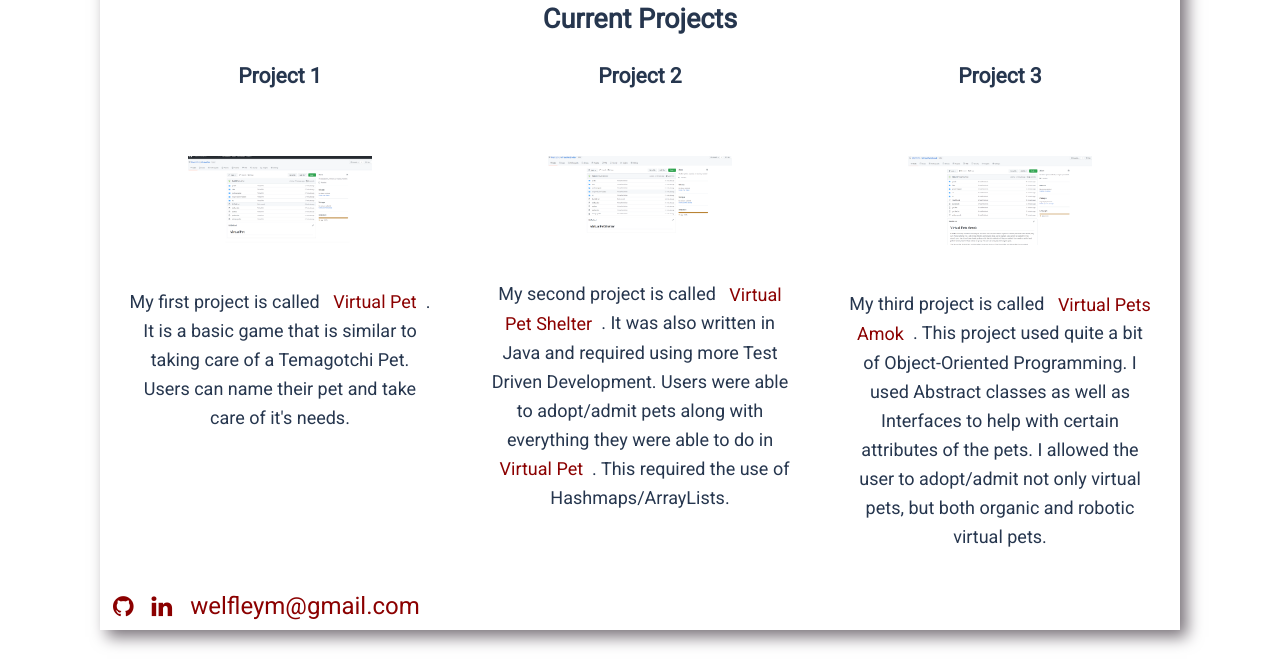
Repository: Matt1218/Matt1218.github.io
Page: index.html
These files come from the project's save history. The page is drawn as it stood at one moment and after a run of saves; the edit follows.
The browser window is 1280 px wide. The pictures show the part of the page from y = 565 to 1231 px (the page is 1231 px tall before and 1217 px after).
A picture or video elsewhere on the page could not be fetched, so the positions and the page height are approximate.

Above is the page before, as saved 2022-03-21 14:15:56.

### index.html
<!DOCTYPE html>
<html lang="en">

<head>
    <meta charset="UTF-8">
    <meta http-equiv="X-UA-Compatible" content="IE=edge">
    <meta name="viewport" content="width=device-width, initial-scale=1.0">
    <link rel="stylesheet" href="https://cdnjs.cloudflare.com/ajax/libs/font-awesome/4.7.0/css/font-awesome.min.css">
    <link rel="stylesheet" href="style.css">
    <title>Matt's Portfolio</title>
</head>

<body>
    <div class="container">
        <header class="page-header">
            <h1 id="header-logo">Matt Welfley</h1>
            <ul class="header-nav">
                <li>
                    <nav class="header-nav-item"><a href="#profile">About Me</a></nav>
                </li>
                <li>
                    <nav class="header-nav-item"><a href="#projects">Projects</a></nav>
                </li>
            </ul>
        </header>
        <section id="profile">

            <figure id="profile-image">
                <img src="./assets/Headshot (2).jpg" alt="A profile picture of me">
            </figure>
            <article class="bio">
                <h2>About Me:</h2>
                <p>I graduated from Kent State University with a Bachelor's of Arts Degree in Organizational
                    Communication. I enjoy backpacking, climbing, disc golf, and writing clean, functional code. I am
                    currently
                    based in Kent, Ohio. </p>
                <section class="skills">
                    <h2>Technical Skills:</h2>
                    <ul>
                        <li>Java</li>
                        <li>HTML</li>
                        <li>CSS</li>
                        <li>JavaScript</li>
                        <li>MVC</li>
                        <li>Spring</li>
                        <li>Thymeleaf</li>
                        <li>Object Oriented Programming</li>
                    </ul>
                </section>

            </article>

        </section>

        <h2 id="projects-title">Current Projects</h2>
        <section id="projects">
            <article class="projects-column">
                <h3 class="projects-column-title">Project 1</h3>
                <figure class="projects-column-figure">
                    <img src="./assets/VIrtualPetScreenshot.png" alt="VirtualPetScreenshot" class="projects-image-1">
                    <p>My first project is called <a href="https://github.com/Matt1218/VirtualPet">Virtual Pet</a>. It
                        is a
                        basic game that is similar to taking care of a Temagotchi Pet. Users can name their pet and take
                        care of it's needs.</p>
                </figure>
            </article>

            <article class="projects-column">
                <h3 class="projects-column-title">Project 2</h3>
                <figure class="projects-column-figure">
                    <img src="./assets/VirtualPetShelterScreenshot.png" alt="VirtualPetShelterScreenshot"
                        class="projects-image-2">
                    <p>My second project is called <a href="https://github.com/Matt1218/VirtualPetShelter">Virtual Pet
                            Shelter</a>. It was also written in Java and required using more Test Driven Development.
                        Users
                        were able to adopt/admit pets along with everything they were able to do in <a
                            href="https://github.com/Matt1218/VirtualPet">Virtual Pet</a>. This required the use of
                        Hashmaps/ArrayLists.</p>
                </figure>
            </article>
            <article class="projects-column">
                <h3 class="projects-column-title">Project 3</h3>
                <figure class="projects-column-figure">
                    <img src="./assets/VirtualPetsAmokScreenshot.png" alt="VirtualPetsAmokScreenshot"
                        class="projects-image-3">
                    <p>My third project is called <a href="https://github.com/Matt1218/VirtualPetsAmok">Virtual Pets
                            Amok</a>. This project used quite a bit of Object-Oriented Programming. I used Abstract
                        classes
                        as well as Interfaces to help with certain attributes of the pets. I allowed the user to
                        adopt/admit
                        not only virtual pets, but both organic and robotic virtual pets.</p>
                </figure>
            </article>
        </section>

        <footer id="footer">
            <a id="github" href="https://github.com/Matt1218" class="fa fa-github"></a>
            <a id="linkedin" href="https://www.linkedin.com/in/matt-welfley" class="fa fa-linkedin"></a>
            <a id="email" href="mailto: welfleym@gmail.com">welfleym@gmail.com</a>
        </footer>
    </div>
</body>

</html>

### style.css
@import url('https://fonts.googleapis.com/css2?family=Roboto');

* {
    box-sizing: border-box;
    margin: 0;
    padding: 0;
}

html {
    color: rgb(38, 54, 78);
    font: 18px/1.618 sans-serif;
    font-family: 'Roboto', sans-serif;
}

a {
    color: darkred;
    padding: .25rem .5rem;
    text-decoration: none;
}

.container {
    background-color: white;
    margin: 2rem auto;
    max-width: 60rem;
    width: 90%;
    -webkit-box-shadow: 7px 7px 15px 0px rgba(122, 115, 122, 1);
    -moz-box-shadow: 7px 7px 15px 0px rgba(122, 115, 122, 1);
    box-shadow: 7px 7px 15px 0px rgba(122, 115, 122, 1);
}

.page-header {
    display: flex;
    align-items: center;
    justify-content: space-between;
}

#header-logo {
    margin-left: 1.5rem;
    font-style: bold;
}

.header-nav {
    display: flex;
    list-style-type: none;
}

.header-nav-item {
    list-style-type: none;
    margin: 1rem;
}

.header-nav-item:hover {
    background-color: grey;
    border: .5px solid rgb(38, 54, 78);
    border-radius: .5rem;
    transition: .5s;
}

#profile {
    display: flex;
    justify-content: space-between;
}

#profile img {
    width: 70%;
    margin: 1rem;
    height: auto;
    border-radius: 5px;

}

#projects img {
    width: 60%;
    margin: 2rem;
}

.bio {
    display: flex;
    flex-direction: column;
    margin: .5rem 3rem;
}

.skills {
    margin-top: 1rem;
}


#projects-title{
    text-align: center;
    margin: 1rem;
}

#projects{
    display: grid;
    grid-template-columns: 1fr 1fr 1fr;
}

.projects-column-title{
    text-align: center;
}

.projects-column-figure{
    text-align: center;
    margin: 1.5rem;
}

#footer{
    display: flex;
    align-items:center
}

#footer  {
    font-size: x-large;
    margin: 4px;
}

After the next 5 saves:
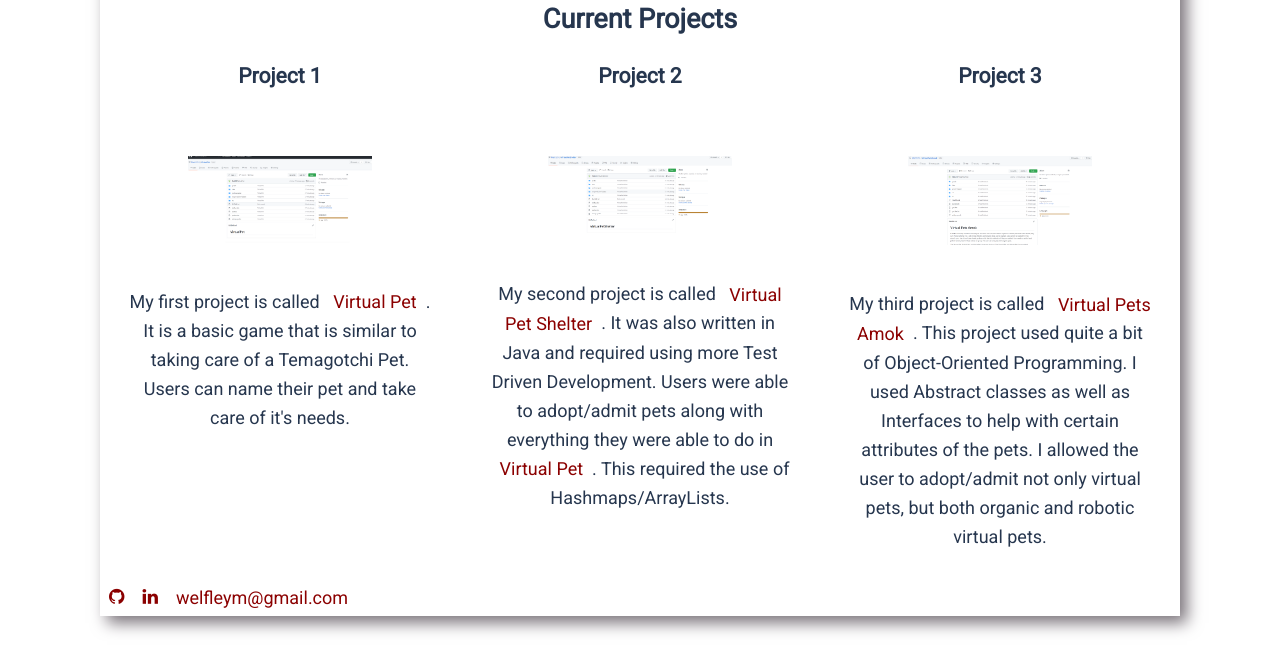
The 5 saves are shown as one change because they came seconds apart.
The last was saved 12 s later.
--- a/style.css
+++ b/style.css
@@ -109,7 +109,7 @@ a {
     align-items:center
 }
 
-#footer  {
+#footer linkedin github {
     font-size: x-large;
     margin: 4px;
 }
